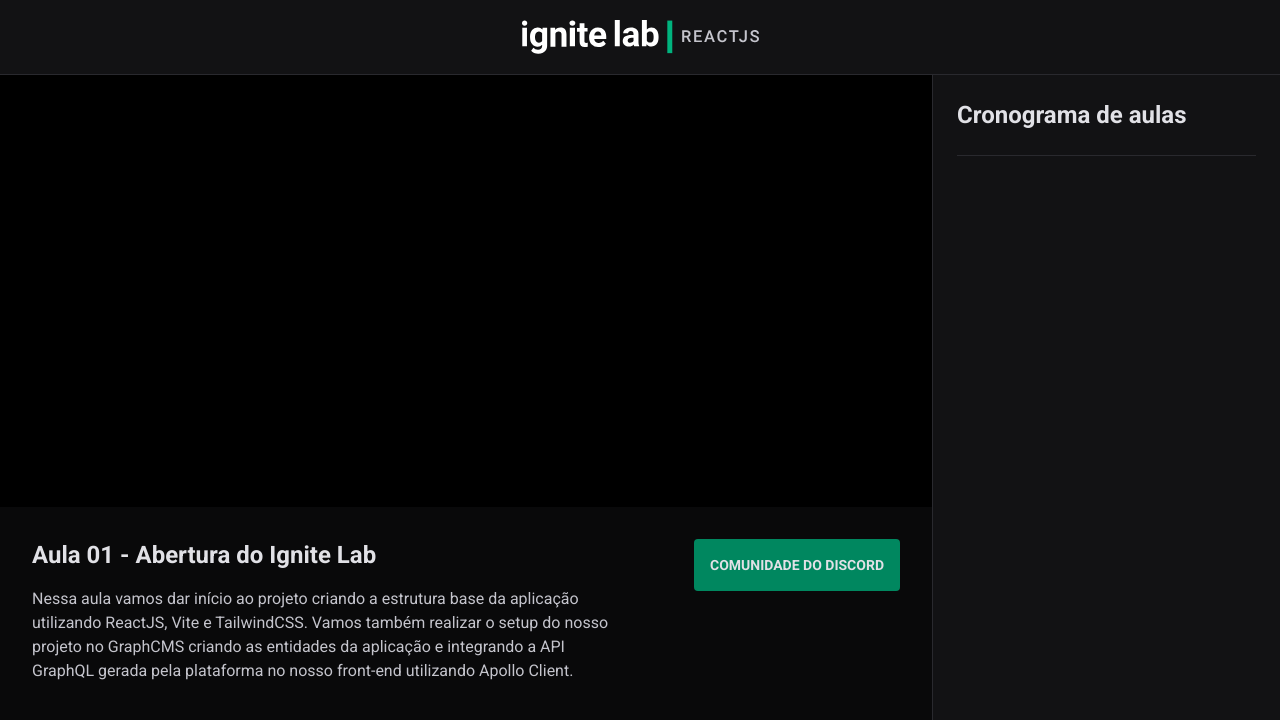
Repository: XFERRER7/Ignite-lab
Page: /
The author's editor kept a copy of each file at every save. The page is drawn from the files as they stood at one save, then again after a run of saves.
The browser window is 1280 px wide. The pictures show the whole page.
The page's requests for data from a server got no answer. The project was rebuilt for these pictures with package versions that can differ from the ones it lists, and the page was loaded fresh each time. No one was signed in, and anything a server would have sent is missing. Also part of the build but not shown: vite.config.ts, src/components/Lesson.tsx.

Above is the page before, as saved 2022-06-26 01:54:12.

After the next 3 saves:
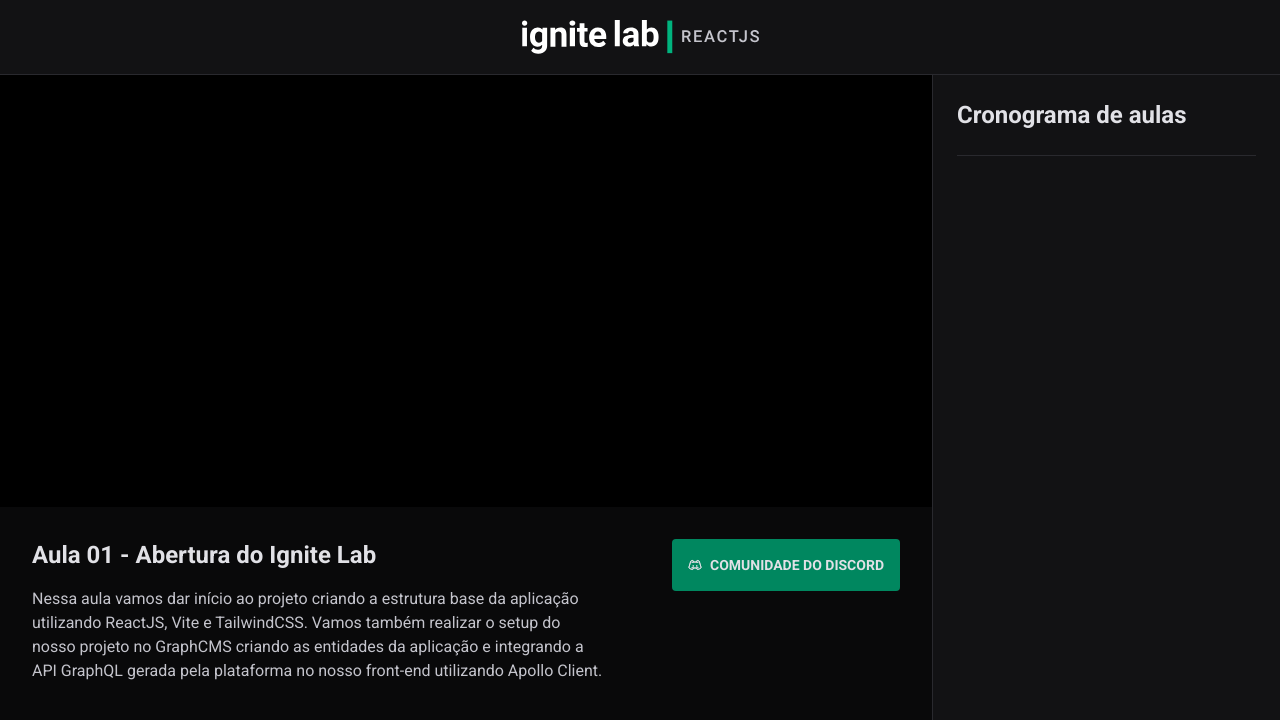
The 3 saves are shown as one change because they came seconds apart.
The last was saved 22 s later.
--- a/src/components/Video.tsx
+++ b/src/components/Video.tsx
@@ -1,3 +1,4 @@
+import { DiscordLogo } from 'phosphor-react'
 import React from 'react'
 
 export const Video = () => {
@@ -23,6 +24,7 @@
             <a href=""
             className='p-4 text-sm bg-green-500 flex items-center rounded font-bold uppercase
             gap-2 justify-center'>
+              <DiscordLogo/>
               Comunidade do discord
             </a>
             <a href="">
